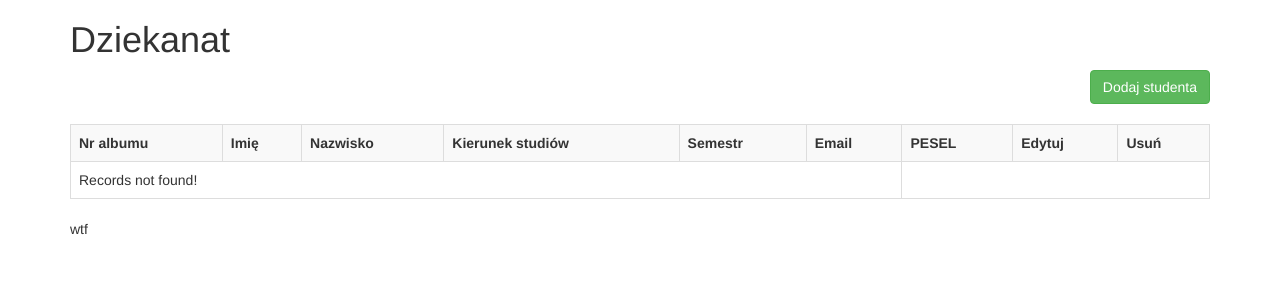
Repository: wojciechDrozd/php
Page: http://localhost/teacherPanel.php
The author's editor kept a copy of each file at every save. The page is drawn from the files as they stood at one save, then again after the next save.
The browser window is 1280 px wide. The pictures show the whole page.
Some web libraries are served in a nearby version. The page is run by PHP 8.4 with error messages shown; the project is at /var/www/html/. Queries for data that is not in the repository find no rows.

Above is the page before, as saved 2017-04-12 05:12:15.

After the next save:
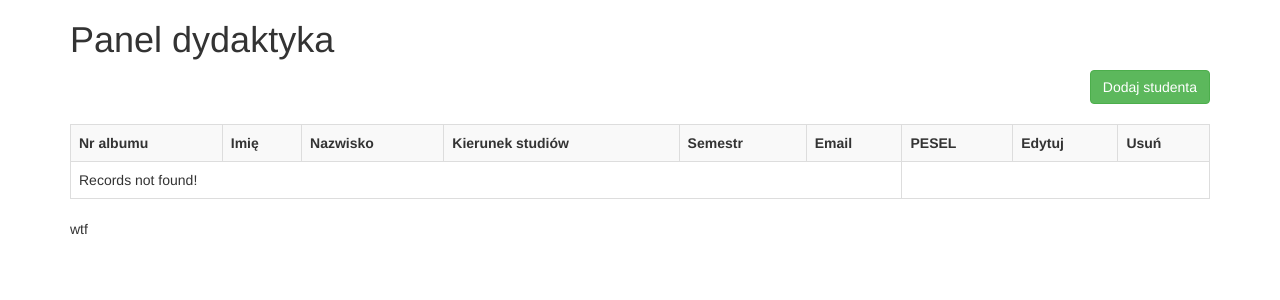
Saved 19 s later.
--- a/1/CRUDexample/teacherPanel.php
+++ b/1/CRUDexample/teacherPanel.php
@@ -21,7 +21,7 @@
 <div class="container">
     <div class="row">
         <div class="col-md-12">
-            <h1>Dziekanat</h1>
+            <h1>Panel dydaktyka</h1>
         </div>
     </div>
     <div class="row">
